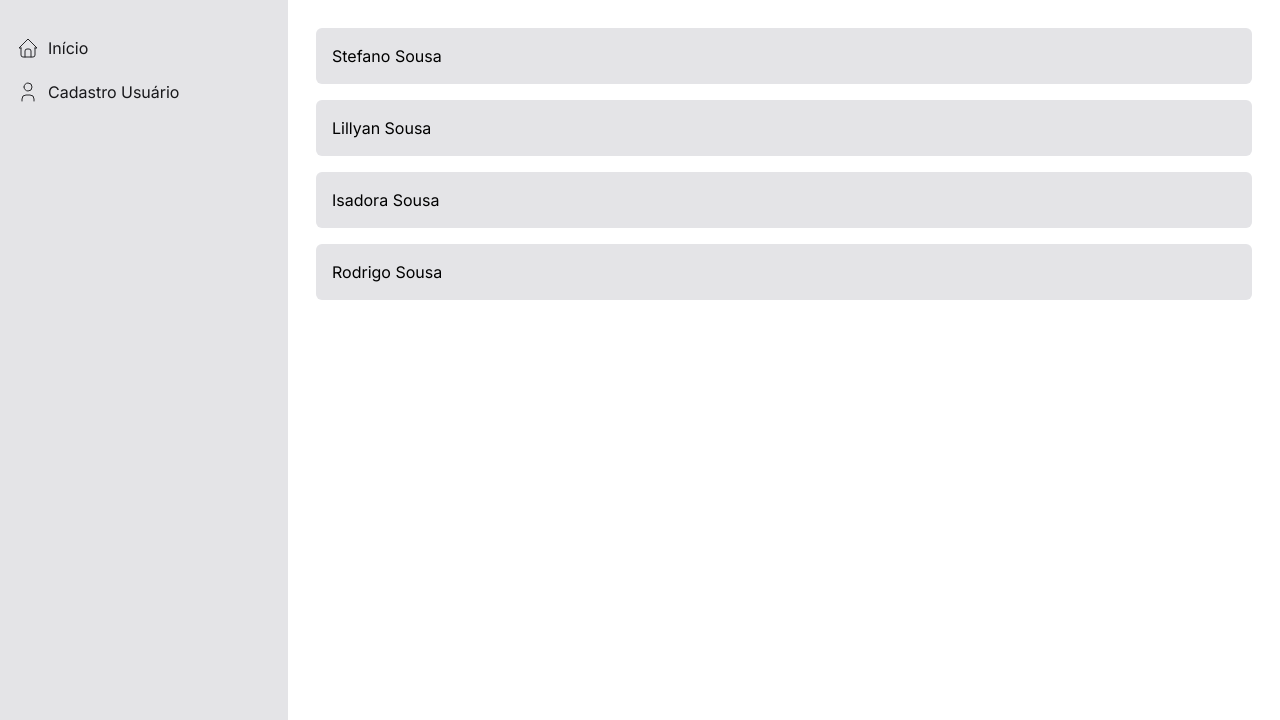
Repository: stefanosousaa/app-bd
Page: /usuarios
The author's editor kept a copy of each file at every save. The page is drawn from the files as they stood at one save, then again after the next save.
The browser window is 1280 px wide. The pictures show the whole page.
The project was rebuilt for these pictures with package versions that can differ from the ones it lists, and the page was loaded fresh each time. The framework's server and built-in components were replaced by stand-ins that run in the browser. Also part of the build but not shown: next.config.mjs.

Above is the page before, as saved 2024-05-25 23:34:18.

After the next save:
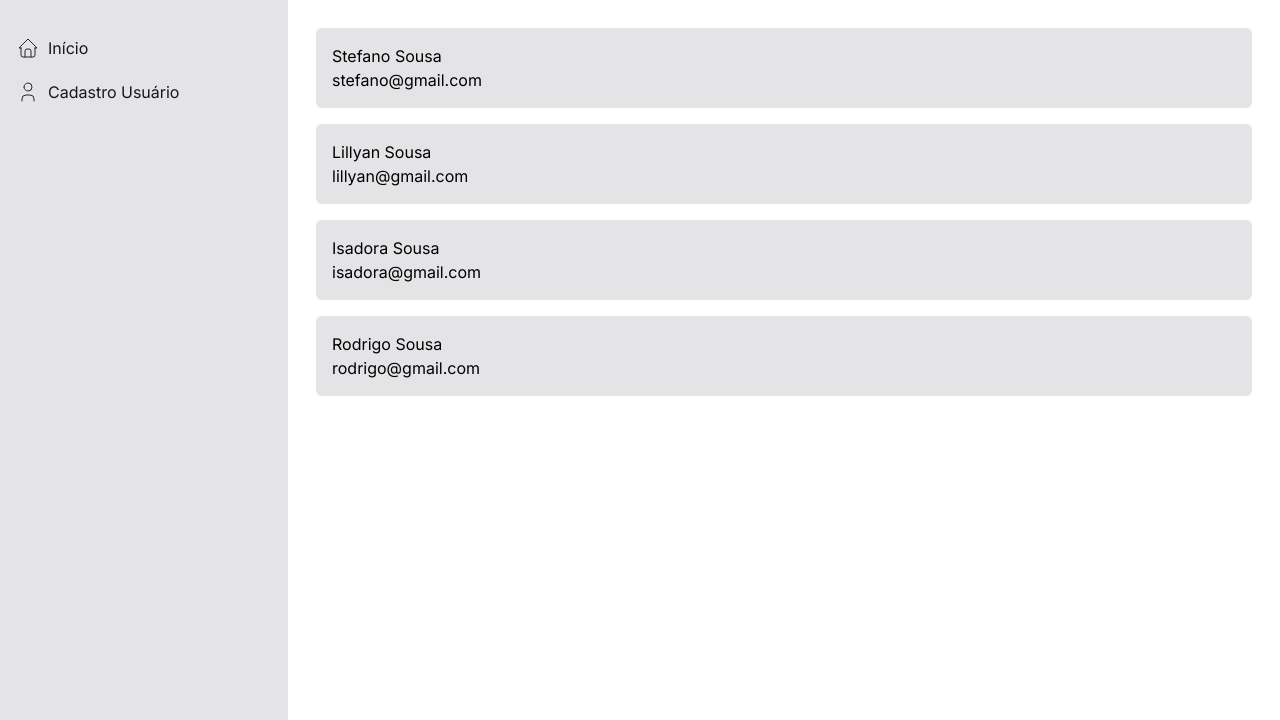
Saved 86 s later.
--- a/src/app/components/usuario/LinhaUsuario.tsx
+++ b/src/app/components/usuario/LinhaUsuario.tsx
@@ -7,7 +7,11 @@ export interface LinhaUsuarioProps {
 export default function LinhaUsuario(props: LinhaUsuarioProps){
     return(
         <div className="flex p-4 bg-zinc-200 rounded-md">
-            <span>{props.usuario.nome}</span>
+            <div className=" flex flex-col">
+              <span>{props.usuario.nome}</span>
+              <span>{props.usuario.email}</span>
+            </div>
+
 
         </div>
     )
